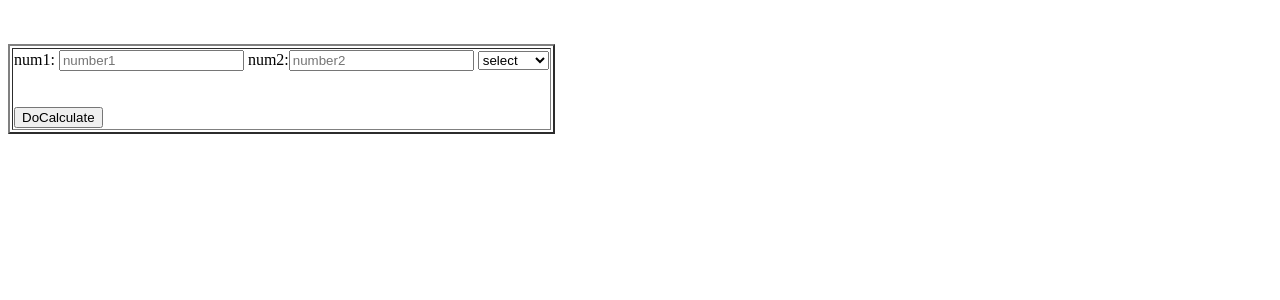
Repository: ravikumar0303/Advance-Java
Page: JSPCalculator/src/main/webapp/calculator.html
The author's editor kept a copy of each file at every save. The page is drawn from the files as they stood at one save, then again after the next save.
The browser window is 1280 px wide. The pictures show the whole page.

Above is the page before, as saved 2023-06-24 11:18:29.

After the next save:
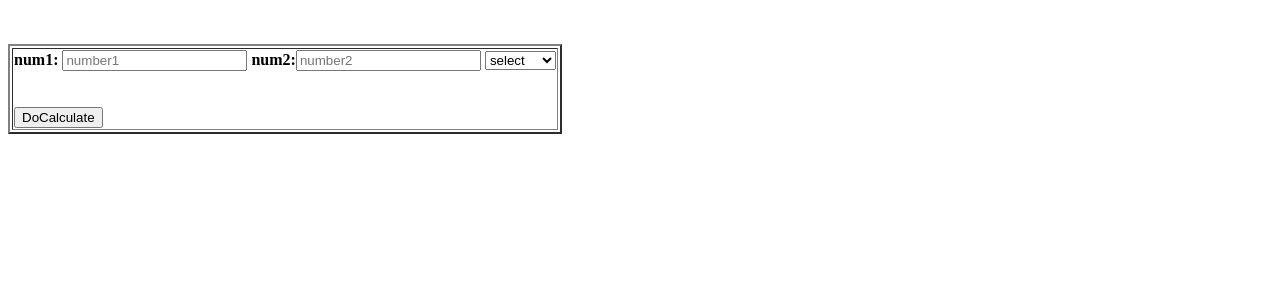
Saved 60 s later.
--- a/JSPCalculator/src/main/webapp/calculator.html
+++ b/JSPCalculator/src/main/webapp/calculator.html
@@ -11,9 +11,9 @@
 		<table border="2px">
 			<tr>
 				<td>
-					<form action="ToCalculate.jsp" method="doPost" /> num1: <input
-					type="text" name="num1" id="num1" placeholder="number1"/>
-					num2:<input type="text"name="num2" id="num2" placeholder="number2"/>
+					<form action="ToCalculate.jsp" method="doPost" />
+				   <b></form> num1: <input type="text" name="num1" id="num1" placeholder="number1"/>
+					<b>num2:<input type="text"name="num2" id="num2" placeholder="number2"/>
 
 					 <select onClick="btn" id="btn" name="btn">
 						<option>select</option>
